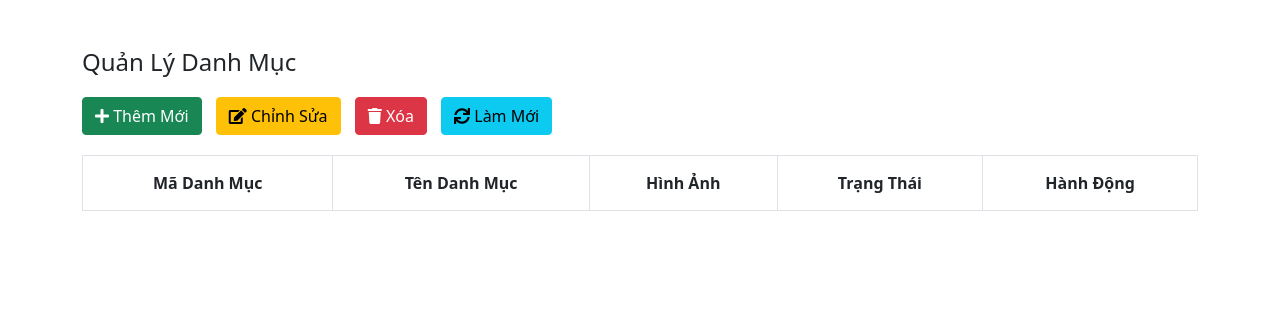
Repository: minhnhutZzz/BaiTap_LTWeb_New
Page: http://localhost/JPA/views/admin/list.jsp
An editor plug-in stored every save of this project. The page is shown before and after the next save, followed by the edit.
The browser window is 1280 px wide. The pictures show the whole page.
The page is served by Tomcat 10. Nobody is signed in. The application's start-up code is not run. The template is opened directly, without the code that normally fills it, so the values that code supplies are empty.

Above is the page before, as saved 2025-09-06 01:20:32.

After the next save:
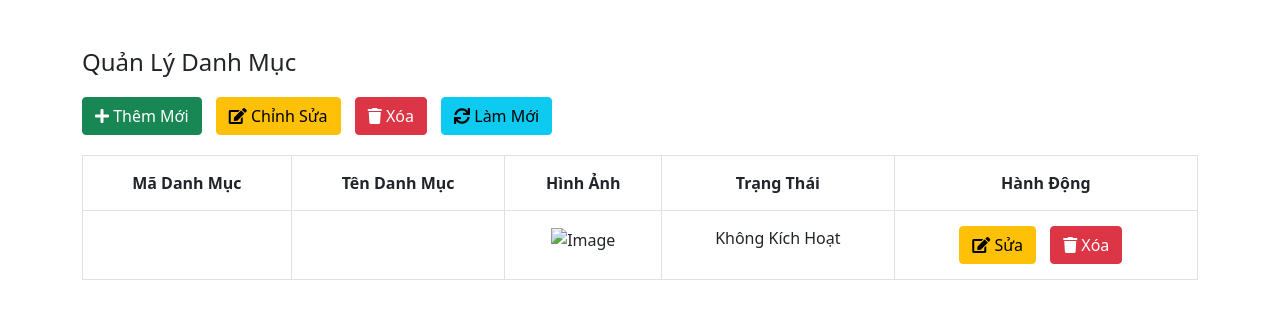
Saved 8 min 23 s later.
--- a/JPA/src/main/webapp/views/admin/list.jsp
+++ b/JPA/src/main/webapp/views/admin/list.jsp
@@ -1,5 +1,5 @@
 <%@ page language="java" contentType="text/html; charset=UTF-8" pageEncoding="UTF-8" %>
-<%@ taglib prefix="c" uri="jakarta.tags.core"%>
+
 
 <!DOCTYPE html>
 <html lang="en">

After the save that followed:
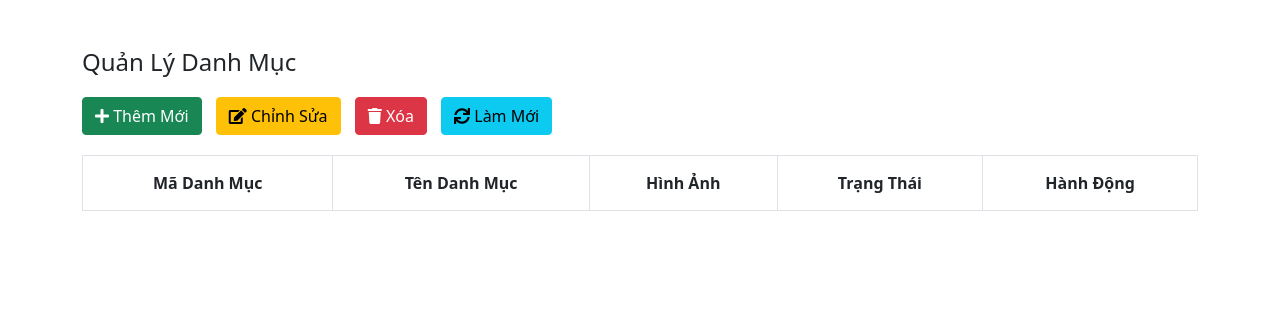
Saved 6 min 45 s later.
--- a/JPA/src/main/webapp/views/admin/list.jsp
+++ b/JPA/src/main/webapp/views/admin/list.jsp
@@ -1,5 +1,5 @@
 <%@ page language="java" contentType="text/html; charset=UTF-8" pageEncoding="UTF-8" %>
-
+<%@ taglib prefix="c" uri="jakarta.tags.core"%>
 
 <!DOCTYPE html>
 <html lang="en">
